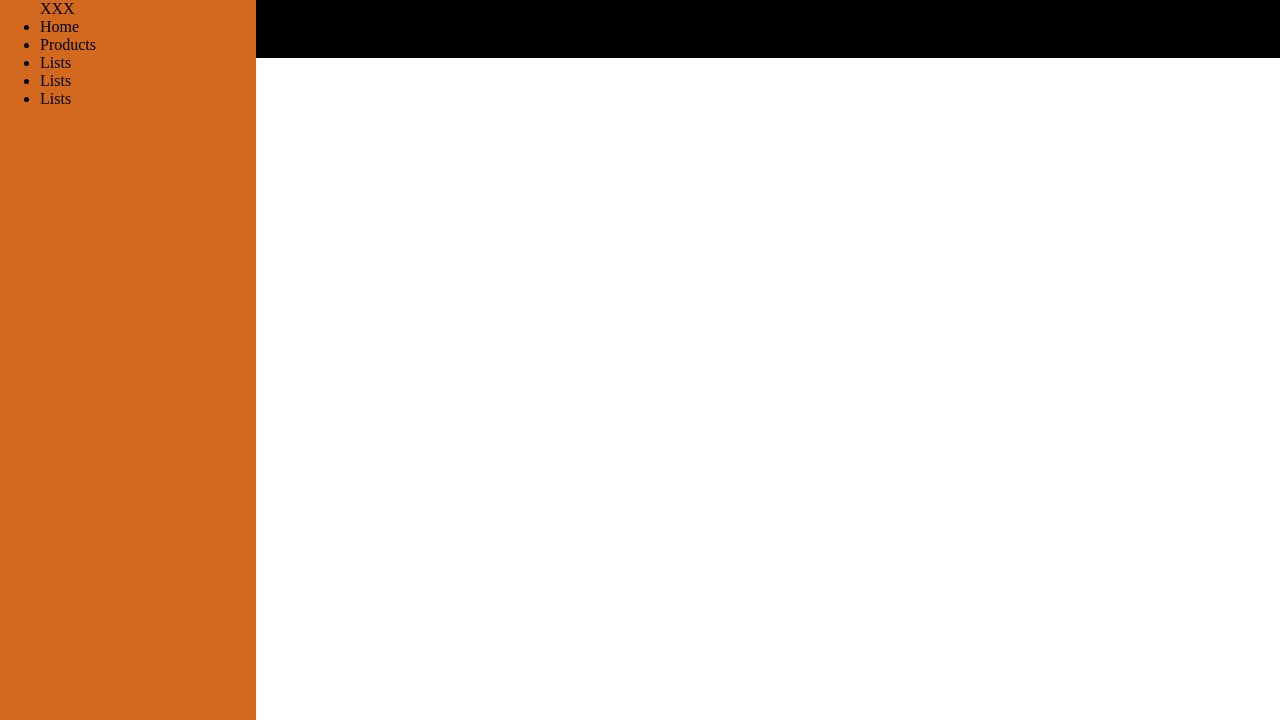
Repository: hemantsaini-7/React_Basics
Page: / (app in SIDEBAR/)
These files come from the project's save history. The page is drawn as it stood at one moment and after the next save; the edit follows.
The browser window is 1280 px wide. The pictures show the whole page.
The project was rebuilt for these pictures with package versions that can differ from the ones it lists, and the page was loaded fresh each time.

Above is the page before, as saved 2020-11-15 20:25:34.

After the next save:
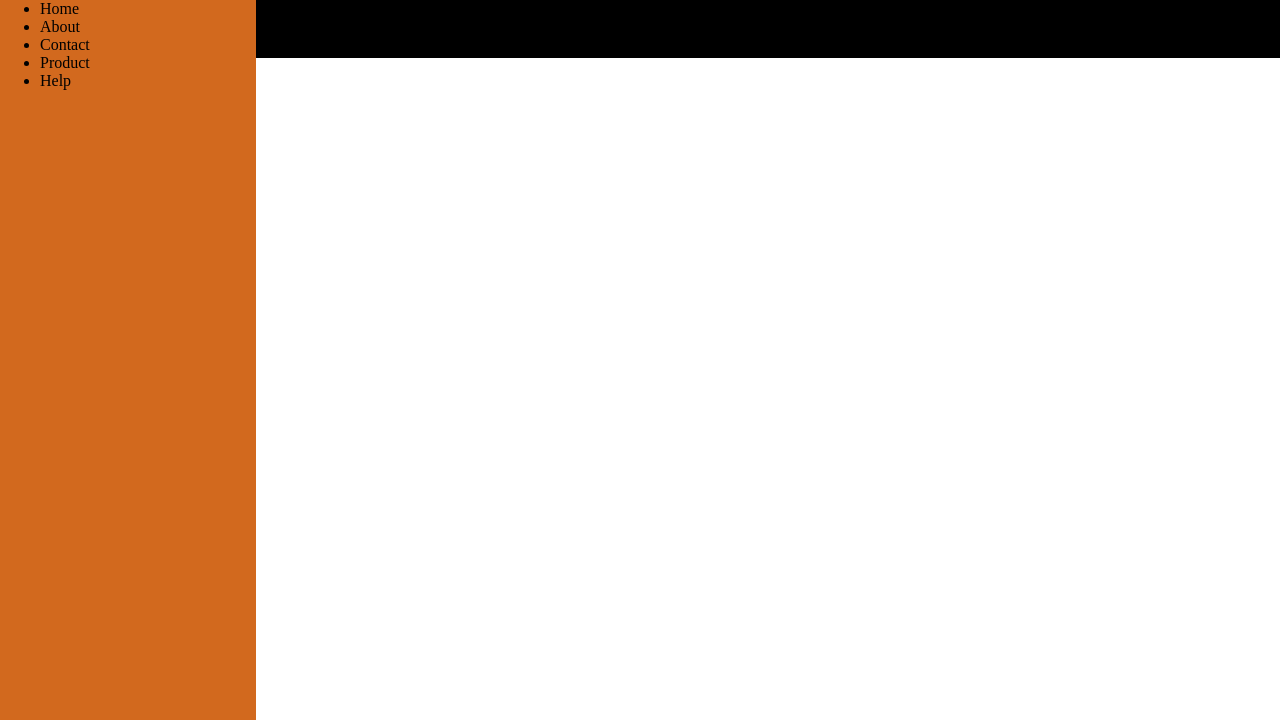
Saved 30 s later.
--- a/SIDEBAR/src/components/Navbar.js
+++ b/SIDEBAR/src/components/Navbar.js
@@ -16,14 +16,15 @@
         </nav>
 
         <div className={sidebar ? "sidestyle active" : "sidestyle"}>
-            <ul>
+            {/* <ul>
                 <span onClick={ClickHandler}>XXX</span>
                 <li>Home</li>
                 <li>Products</li>
                 <li>Lists</li>
                 <li>Lists</li>
                 <li>Lists</li>
-            </ul>
+            </ul> */}
+            <Sidebar/>
         </div>
         </>
     )

After the 3 saves that followed:
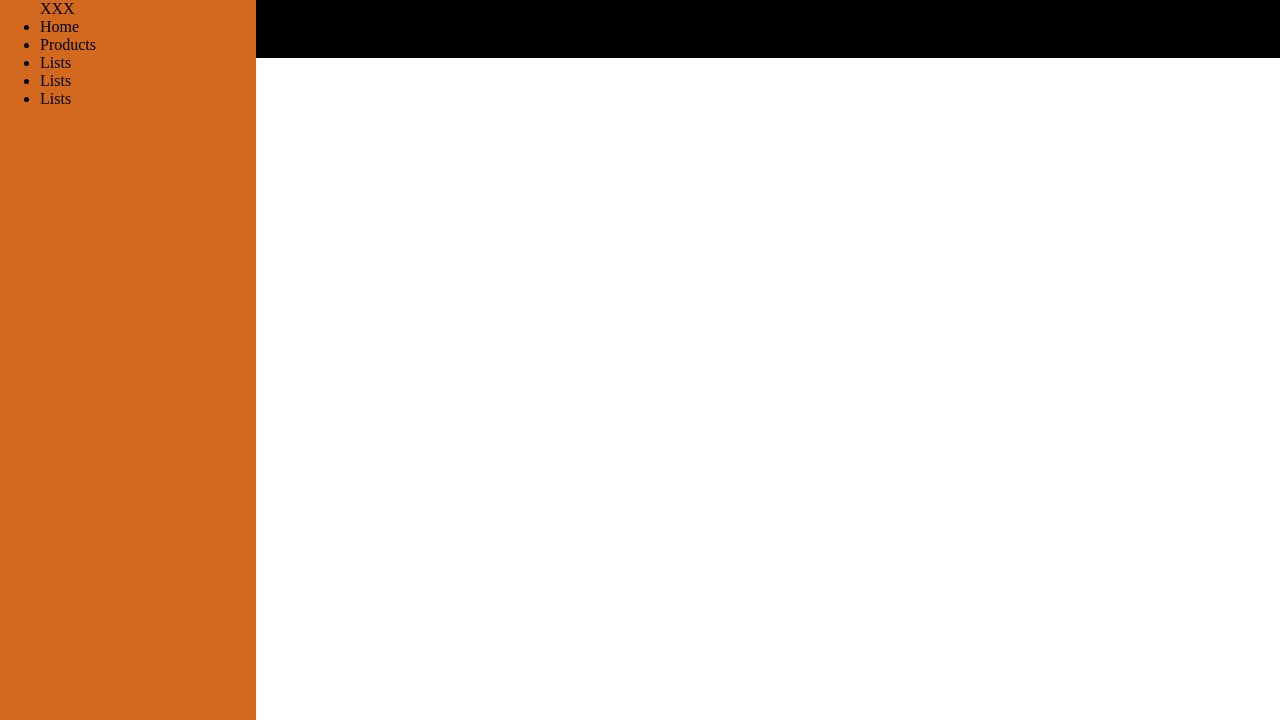
The 3 saves are shown as one change because 1 did not build or start and some came seconds apart.
The last was saved 71 s later.
--- a/SIDEBAR/src/components/Navbar.js
+++ b/SIDEBAR/src/components/Navbar.js
@@ -16,15 +16,14 @@
         </nav>
 
         <div className={sidebar ? "sidestyle active" : "sidestyle"}>
-            {/* <ul>
+            <ul>
                 <span onClick={ClickHandler}>XXX</span>
                 <li>Home</li>
                 <li>Products</li>
                 <li>Lists</li>
                 <li>Lists</li>
                 <li>Lists</li>
-            </ul> */}
-            <Sidebar/>
+            </ul>
         </div>
         </>
     )
--- a/SIDEBAR/src/components/Sidebar.js
+++ b/SIDEBAR/src/components/Sidebar.js
@@ -3,6 +3,7 @@ import React from 'react'
 function Sidebar() {
     return (
             <ul>
+                <span onClick={ClickHandler}>XXX</span>
                 <li>Home</li>
                 <li>About</li>
                 <li>Contact</li>
